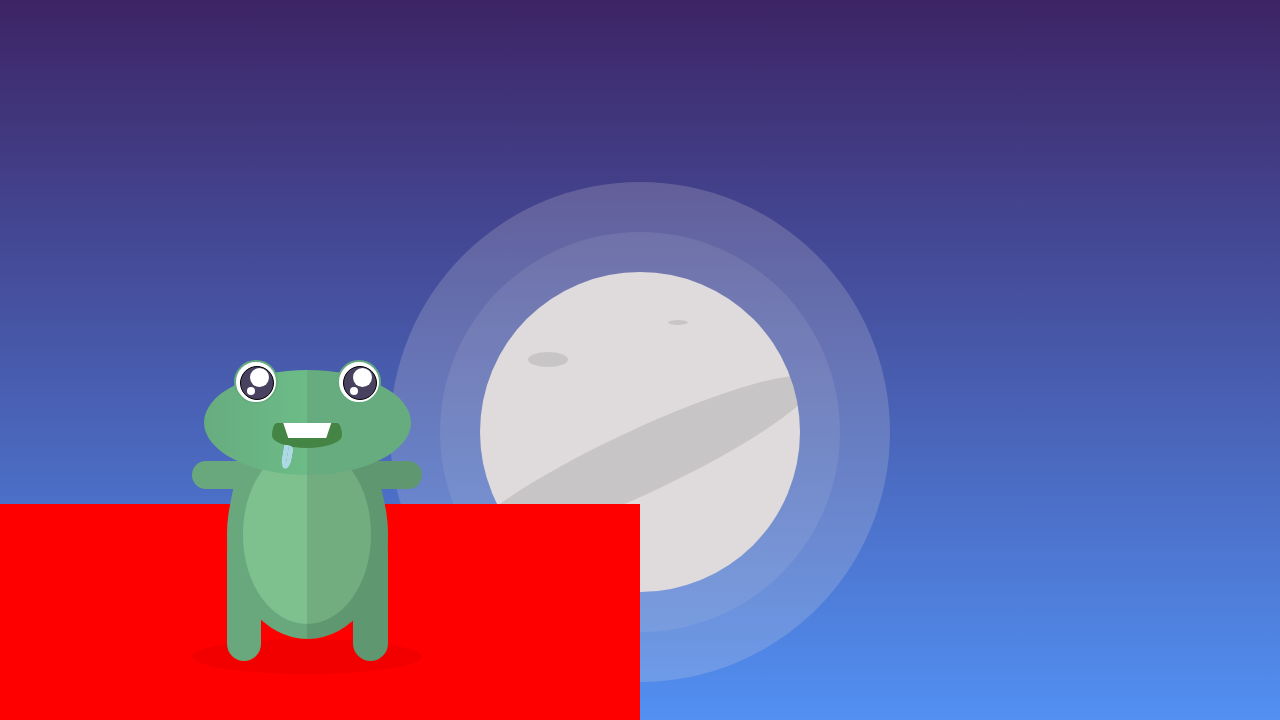
Repository: celinakhalife/cssCharacterDesign
Page: /
The author's editor kept a copy of each file at every save. The page is drawn from the files as they stood at one save, then again after the next save.
The browser window is 1280 px wide. The pictures show the whole page.
The project was rebuilt for these pictures with package versions that can differ from the ones it lists, and the page was loaded fresh each time. Also part of the build but not shown: angular.json.

Above is the page before, as saved 2018-10-21 13:26:18.

### src/index.html
<!doctype html>
<html lang="en">
<head>
  <meta charset="utf-8">
  <title>AnimalKingdom</title>
  <base href="/">

  <meta name="viewport" content="width=device-width, initial-scale=1">
  <link rel="icon" type="image/x-icon" href="favicon.ico">
</head>
<body>
  <app-root></app-root>
</body>
</html>

### src/styles.scss
/* You can add global styles to this file, and also import other style files */
body, html{
    width:100%;
    height: 100%;
    padding:0;
    margin:0;
}

### src/app/app.component.ts
import { Component } from '@angular/core';

@Component({
  selector: 'app-root',
  templateUrl: './app.component.html',
  styleUrls: ['./app.component.scss']
})
export class AppComponent {
  title = 'animalKingdom';
}

### src/app/alien/alien.component.ts
import { Component, OnInit } from '@angular/core';

@Component({
  selector: 'app-alien',
  templateUrl: './alien.component.html',
  styleUrls: ['./alien.component.scss']
})
export class AlienComponent implements OnInit {

  constructor() { }

  ngOnInit() {
  }

}

### src/app/app.component.html
<div class="background">
  <div class="planet">
    <div class="circle-2">
      <div class="circle-1">
        <div class="hole hole-1"></div>
        <div class="hole hole-2"></div>
        <div class="strip"></div>
      </div>
    </div>

  </div>

  <div class="land"></div>
</div>

<app-alien></app-alien>

### src/app/app.component.scss
.background {
  background: rgb(61, 36, 101); /* Old browsers */
  background: -moz-linear-gradient(
    top,
    rgba(61, 36, 101, 1) 0%,
    rgba(82, 144, 242, 1) 100%
  ); /* FF3.6-15 */
  background: -webkit-linear-gradient(
    top,
    rgba(61, 36, 101, 1) 0%,
    rgba(82, 144, 242, 1) 100%
  ); /* Chrome10-25,Safari5.1-6 */
  background: linear-gradient(
    to bottom,
    rgba(61, 36, 101, 1) 0%,
    rgba(82, 144, 242, 1) 100%
  ); /* W3C, IE10+, FF16+, Chrome26+, Opera12+, Safari7+ */
  filter: progid:DXImageTransform.Microsoft.gradient( startColorstr='#3d2465', endColorstr='#5290f2',GradientType=0 ); /* IE6-9 */
  width: 100%;
  height: 100%;
  overflow: hidden;
  position: relative;

  .planet {
    width: 80vw;
    height: 80vw;
    max-width: 500px;
    max-height: 500px;
    background-color: rgba(223, 219, 220, 0.2);
    border-radius: 50%;
    position: absolute;
    top: 60%;
    left: 50%;
    transform: translate(-50%, -50%);

    .circle-2,
    .circle-1 {
      width: 80%;
      height: 80%;
      border-radius: 50%;
      margin-top: 10%;
      margin-left: 10%;
      display: inline-block;
      position: relative;
      overflow: hidden;
    }

    .circle-2 {
      background-color: rgba(223, 219, 220, 0.1);
      .circle-1 {
        background-color: rgb(223, 219, 220);
        .hole {
          background-color: rgba(0, 0, 0, 0.1);
          border-radius: 50%;
          position: absolute;

          &.hole-1 {
            width: 40px;
            height: 15px;
            top: 25%;
            left: 15%;
          }
          &.hole-2 {
            width: 20px;
            height: 5px;
            top: 15%;
            right: 35%;
          }
        }
        .strip {
          background-color: rgba(0, 0, 0, 0.1);
          position: absolute;
          width: 20%;
          height: 120%;
          left: 100%;
          top: 25%;
          transform: rotate(65deg);
          transform-origin: 0 0;
          border-radius: 50%;
        }
      }
    }
  }

  .land {
    width: 50%;
    position: absolute;
    bottom: 0;
    height: 30%;

    background-color: red;
    border-color: red;
  }
}

### src/app/alien/alien.component.html
<div class="monster">
  <div class="head roundShape">
    <div class="eyes roundShape left">
      <div class="eyeball roundShape">
        <div class="cirleBig roundShape"></div>
        <div class="cirleSmall roundShape"></div>
      </div>
    </div>
    <div class="eyes roundShape right">
      <div class="eyeball roundShape">
        <div class="cirleBig roundShape"></div>
        <div class="cirleSmall roundShape"></div>
      </div>
    </div>
    <div class="mouth">
      <div class="teeth"></div>
      <div class="drool"></div>
    </div>
  </div>
  <div class="body">
    <div class="belly roundShape"></div>
    <div class="darkOverlay"></div>
  </div>
  <div class="hand right"></div>
  <div class="hand left"></div>

  <div class="feet right"></div>
  <div class="feet left"></div>

  <div class="shadow"></div>
</div>

### src/app/alien/alien.component.scss
.roundShape {
  border-radius: 50%;
}

.monster {
  position: absolute;
  left: 15%;
  bottom: 0;
  width: 230px;
  height: 350px;

  .head {
    /* Permalink - use to edit and share this gradient: http://colorzilla.com/gradient-editor/#67ac7f+0,6cbc87+50,67ac7f+50,67ac7f+100 */
    background: rgb(103, 172, 127); /* Old browsers */
    background: -moz-linear-gradient(
      left,
      rgba(103, 172, 127, 1) 0%,
      rgba(108, 188, 135, 1) 50%,
      rgba(103, 172, 127, 1) 50%,
      rgba(103, 172, 127, 1) 100%
    ); /* FF3.6-15 */
    background: -webkit-linear-gradient(
      left,
      rgba(103, 172, 127, 1) 0%,
      rgba(108, 188, 135, 1) 50%,
      rgba(103, 172, 127, 1) 50%,
      rgba(103, 172, 127, 1) 100%
    ); /* Chrome10-25,Safari5.1-6 */
    background: linear-gradient(
      to right,
      rgba(103, 172, 127, 1) 0%,
      rgba(108, 188, 135, 1) 50%,
      rgba(103, 172, 127, 1) 50%,
      rgba(103, 172, 127, 1) 100%
    ); /* W3C, IE10+, FF16+, Chrome26+, Opera12+, Safari7+ */
    filter: progid:DXImageTransform.Microsoft.gradient( startColorstr='#67ac7f', endColorstr='#67ac7f',GradientType=1 ); /* IE6-9 */
    width: 90%;
    margin-left: 5%;
    height: 30%;
    z-index: 2;
    position: relative;
    > .darkOverlay {
      border-radius: 50% / 0 50% 50% 0;
    }
    .eyes {
      position: absolute;
      background: white;
      border: 2px solid #66ab7f;
      top: -10px;
      top: -10%;
      width: 40px;
      height: 40px;

      &.left {
        left: 30px;
      }
      &.right {
        right: 30px;
      }

      .eyeball {
        width: 80%;
        height: 80%;
        background: #484160;
        border: 1px solid black;
        position: absolute;
        top: 10%;
        left: 5%;
        animation: eyesAnimation ease infinite 4s; /* IE 10+, Fx 29+ */

        .cirleBig,
        .cirleSmall {
          background: white;
        }
        .cirleBig {
          width: 60%;
          height: 60%;
          margin: 5% 0% 0% 10%;
          animation: eyesCircleBigAnimation ease infinite 4s; /* IE 10+, Fx 29+ */
        }
        .cirleSmall {
          width: 25%;
          height: 25%;
          margin: 0 0% 0 45%;
          animation: eyesCircleSmallAnimation ease infinite 4s; /* IE 10+, Fx 29+ */
        }
      }
    }
    .mouth {
      width: 50px;
      height: 5px;
      border-width: 10px;
      border-color: #448444;
      background: #448444;
      border-radius: 5px 5px 50% 50% / 50% 50% 50% 50%;
      border-style: solid;
      position: absolute;
      top: 50%;
      left: 50%;
      transform: translateX(-50%);
      animation: mouthAnimation ease infinite 10s;

      .teeth {
        width: 75%;
        height: 0;
        border-left: 5px solid transparent;
        border-right: 5px solid transparent;
        border-bottom: 1px solid transparent;
        border-top: 15px solid white;
        border-style: solid;
        position: relative;
        top: -10px;
        left: 50%;
        transform: translateX(-50%);
        animation: teethAnimation ease infinite 10s;
      }

      .drool {
        border-color: lightblue;
        border-style: solid;
        width: 0;
        height: 0;
        border-width: 0px 5px 6px 5px;
        position: absolute;
        top: 12px;
        transform: rotate(10deg);
        border-radius: 0% 50% 50% 50% / 20% 20% 50% 50%;
        animation: droolingAnimation ease infinite 10s;
      }
    }
  }
  .body {
    height: 60%;
    margin-top: -20%;
    background: #69a87d;
    width: 70%;
    margin-left: 15%;
    overflow: hidden;
    z-index: 1;
    position: relative;
    border-radius: 50%;

    .darkOverlay {
      background: rgba(0, 0, 0, 0.1);
      width: 50%;
      height: 100%;
      position: absolute;
      left: 50%;
      top: 0;
    }
    .belly {
      width: 80%;
      height: 85%;
      margin: 10% 0 0 10%;
      background: #7fc08f;
      display: inline-block;
    }
  }
  .hand {
    width: 50%;
    background: #69a87d;
    height: 8%;
    border-radius: 20px;
    position: absolute;
    top: 26%;
    z-index: 0;
    &.left {
      left: 0;
    }
    &.right {
      background: #5e9770;
      right: 0;
      animation: helloAnimation ease 0.3s 5; /* IE 10+, Fx 29+ */
    }
  }
  .feet {
    width: 15%;
    background: #69a87d;
    height: 53%;
    position: absolute;
    top: 30%;
    z-index: 0;
    &.left {
      left: 15%;
      border-radius: 50% 50% 20px 20px;
    }
    &.right {
      background: #5e9770;
      right: 15%;
      border-radius: 50% 50% 20px 20px;
    }
  }
  .shadow {
    background: rgba(0, 0, 0, 0.05);
    width: 100%;
    height: 10%;
    border-radius: 50%;
    z-index: 0;
  }
}

@-webkit-keyframes eyesAnimation {
  0% {
    top: 10%;
    left: 5%;
  }
  25% {
    top: 10%;
    left: 10%;
  }
  50% {
    top: 10%;
    left: 5%;
  }
}

@-webkit-keyframes eyesCircleBigAnimation {
  0% {
    margin: 5% 0% 0% 10%;
  }
  25% {
    margin: 5% 0% 0% 30%;
  }
  50% {
    margin: 5% 0% 0% 10%;
  }
}
@-webkit-keyframes eyesCircleSmallAnimation {
  0% {
    margin: 0% 0% 0% 45%;
  }
  25% {
    margin: 0% 0% 0% 20%;
  }
  50% {
    margin: 0% 0% 0% 45%;
  }
}

@-webkit-keyframes droolingAnimation {
  75% {
    height: 20px;
    top: 12px;
  }
  80% {
    height: 0px;
    top: 8px;
  }
  85% {
    top: 12px;
  }
}

@-webkit-keyframes mouthAnimation {
  75% {
    height: 5px;
    border-left-width: 10px;
    border-right-width: 10px;
  }
  80% {
    height: 0;
    border-left-width: 5px;
    border-right-width: 5px;
  }
  85% {
    height: 5px;
    border-left-width: 10px;
    border-right-width: 10px;
  }
}

@-webkit-keyframes teethAnimation {
  75% {
    width: 75%;
  }
  80% {
    width: 70%;
  }
  85% {
    width: 75%;
  }
}

@-webkit-keyframes helloAnimation {
  10% {
    transform: rotate(0deg);
  }
  50% {
    transform: rotate(-15deg);
  }
  100% {
    transform: rotate(0deg);
  }
}

Loaded but not shown: src/main.ts (common file); src/app/app.module.ts (common file); src/environments/environment.ts (common file)

After the next save:
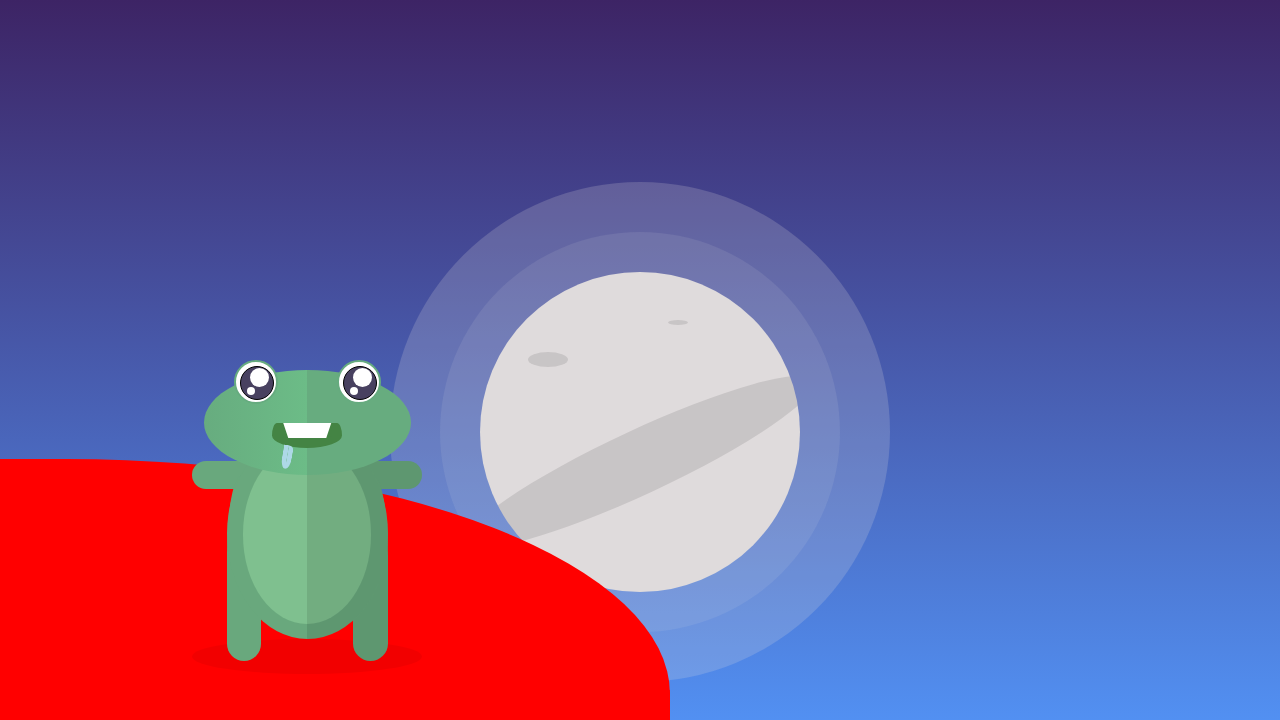
Saved 2 min 40 s later.
--- a/src/app/app.component.scss
+++ b/src/app/app.component.scss
@@ -87,7 +87,10 @@
     position: absolute;
     bottom: 0;
     height: 30%;
-
+    border-width: 40px 20px 30px 10px;
+    border-style: solid;
+    border-radius: 0 90% 0% 0%;
+    border-top: 15px solid transparent;
     background-color: red;
     border-color: red;
   }
